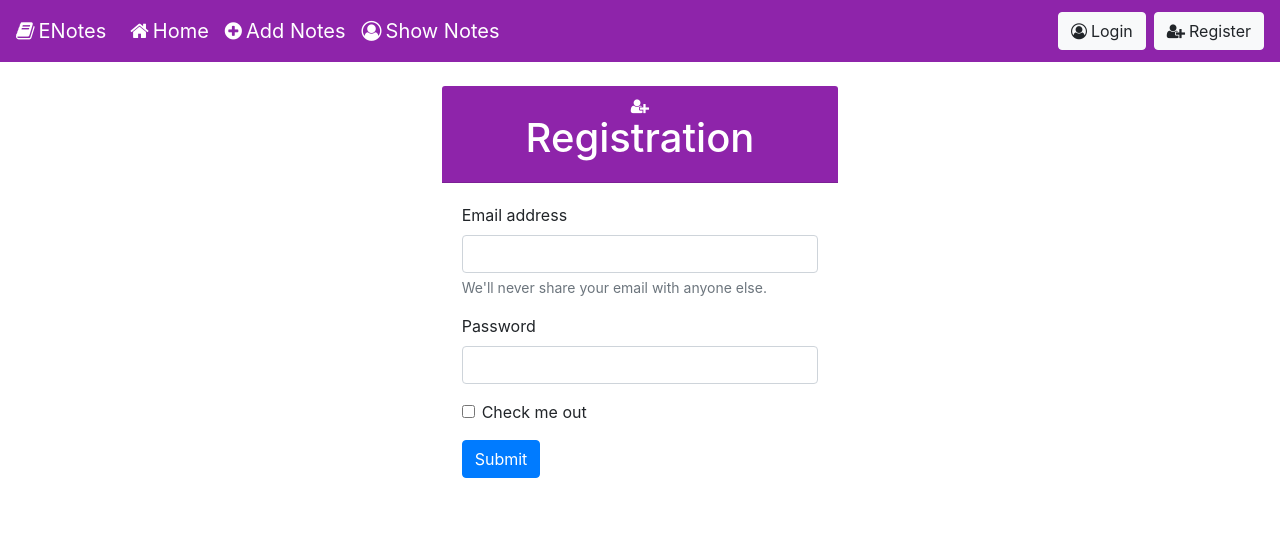
Repository: Bansal140899/eclipse-workspace
Page: http://localhost/ENotesProject/register.jsp
An editor plug-in stored every save of this project. The page is shown before and after the next save, followed by the edit.
The browser window is 1280 px wide. The pictures show the whole page.
The page is served by Tomcat 9. Other server files are loaded and not shown.

Above is the page before, as saved 2025-12-21 22:00:35.

### ENotesProject/src/main/webapp/register.jsp
<%@ page language="java" contentType="text/html; charset=UTF-8"
	pageEncoding="UTF-8"%>
<!DOCTYPE html PUBLIC "-//W3C//DTD HTML 4.01 Transitional//EN" "http://www.w3.org/TR/html4/loose.dtd">
<html>
<head>
<meta http-equiv="Content-Type" content="text/html; charset=UTF-8">
<title>Register Page</title>
</head>
<body>
	<%@include file="All_Component/allcss.jsp"%>
	<%@include file="All_Component/navbar.jsp"%>
	<div class="container-fluid">
		<div class="row">
			<div class="col-md-4 offset-md-4">
              <div  class="text-center text-white mt-4">

				<div class="card-header text-center text-white bg-custom">
				   <i class="fa fa-user-plus fa-3xl" aria-hidden="true"></i>
				   <h1>Registration</h1>

				 </div>

				</div>
				<div class="card-body">
				<form>
					<div class="form-group">
						<label for="exampleInputEmail1">Email address</label> <input
							type="email" class="form-control" id="exampleInputEmail1"
							aria-describedby="emailHelp"> <small id="emailHelp"
							class="form-text text-muted">We'll never share your email
							with anyone else.</small>
					</div>
					<div class="form-group">
						<label for="exampleInputPassword1">Password</label> <input
							type="password" class="form-control" id="exampleInputPassword1">
					</div>
					<div class="form-group form-check">
						<input type="checkbox" class="form-check-input" id="exampleCheck1">
						<label class="form-check-label" for="exampleCheck1">Check
							me out</label>
					</div>
					<button type="submit" class="btn btn-primary">Submit</button>
				</form>


				</div>
				</div>

			</div>

		</div>


	</div>
</body>
</html>

### ENotesProject/src/main/webapp/All_Component/allcss.jsp
<link rel="stylesheet"
	href="https://cdn.jsdelivr.net/npm/bootstrap@4.6.2/dist/css/bootstrap.min.css"
	integrity="sha384-xOolHFLEh07PJGoPkLv1IbcEPTNtaed2xpHsD9ESMhqIYd0nLMwNLD69Npy4HI+N"
	crossorigin="anonymous">

<link rel="stylesheet"
	href="https://cdnjs.cloudflare.com/ajax/libs/font-awesome/4.7.0/css/font-awesome.min.css">
<link rel="stylesheet" href="css/style.css">

<script
	src="https://cdn.jsdelivr.net/npm/jquery@3.5.1/dist/jquery.slim.min.js"
	integrity="sha384-DfXdz2htPH0lsSSs5nCTpuj/zy4C+OGpamoFVy38MVBnE+IbbVYUew+OrCXaRkfj"
	crossorigin="anonymous"></script>
<script
	src="https://cdn.jsdelivr.net/npm/popper.js@1.16.1/dist/umd/popper.min.js"
	integrity="sha384-9/reFTGAW83EW2RDu2S0VKaIzap3H66lZH81PoYlFhbGU+6BZp6G7niu735Sk7lN"
	crossorigin="anonymous"></script>
<script
	src="https://cdn.jsdelivr.net/npm/bootstrap@4.6.2/dist/js/bootstrap.min.js"
	integrity="sha384-+sLIOodYLS7CIrQpBjl+C7nPvqq+FbNUBDunl/OZv93DB7Ln/533i8e/mZXLi/P+"
	crossorigin="anonymous"></script>

### ENotesProject/src/main/webapp/All_Component/navbar.jsp
<nav class="navbar navbar-expand-lg navbar-dark bg-custom navbar-custom">
  <a class="navbar-brand" href="#"><i class="fa fa-book mr-1" aria-hidden="true"></i>ENotes</a>
  <button class="navbar-toggler" type="button" data-toggle="collapse" data-target="#navbarSupportedContent" aria-controls="navbarSupportedContent" aria-expanded="false" aria-label="Toggle navigation">
    <span class="navbar-toggler-icon"></span>
  </button>

  <div class="collapse navbar-collapse" id="navbarSupportedContent">
    <ul class="navbar-nav mr-auto">
      <li class="nav-item active">
        <a class="nav-link" href="#"><i class="fa fa-home mr-1" aria-hidden="true"></i>Home <span class="sr-only">(current)</span></a>
      </li>
      <li class="nav-item">
        <a class="nav-link" href="#"><i class="fa fa-plus-circle mr-1" aria-hidden="true"></i>Add Notes</a>
      </li>

      <li class="nav-item">
        <a class="nav-link"><i class="fa fa-user-circle-o mr-1" aria-hidden="true"></i>Show Notes</a>
      </li>
    </ul>

      <button class="btn btn-light my-2 my-sm-0 mr-2" type="submit"><i class="fa fa-user-circle-o mr-1" aria-hidden="true"></i>Login</a>
      <button class="btn btn-light my-2 my-sm-0" type="submit"><i class="fa fa-user-plus mr-1" aria-hidden="true"></i>Register</a>

  </div>
</nav>

### ENotesProject/src/main/webapp/css/style.css
.bg-custom{
	background:#8e24aa;
}
.navbar .nav-item .nav-link{
	font-size:20px;
	color:white;
}

.navbar-custom .nav-item:hover .nav-link{
	background:white;
	color:black;
    border-radius:10px;
}

After the next save:
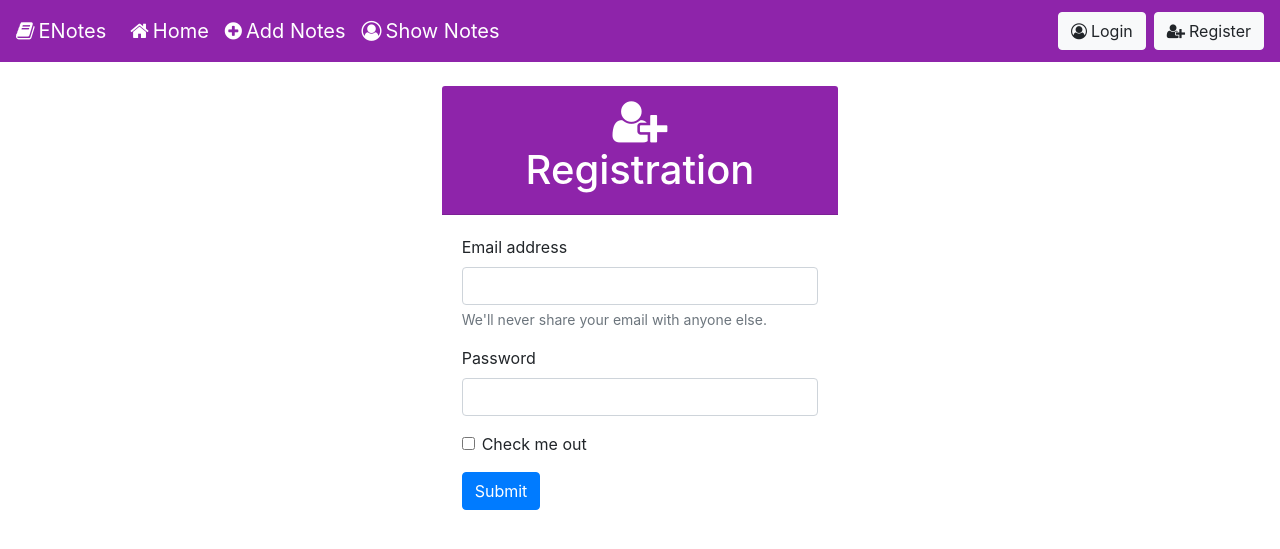
Saved 14 s later.
--- a/ENotesProject/src/main/webapp/register.jsp
+++ b/ENotesProject/src/main/webapp/register.jsp
@@ -15,7 +15,7 @@
               <div  class="text-center text-white mt-4">
 
 				<div class="card-header text-center text-white bg-custom">
-				   <i class="fa fa-user-plus fa-3xl" aria-hidden="true"></i>
+				   <i class="fa fa-user-plus fa-3x" aria-hidden="true"></i>
 				   <h1>Registration</h1>
 
 				 </div>
